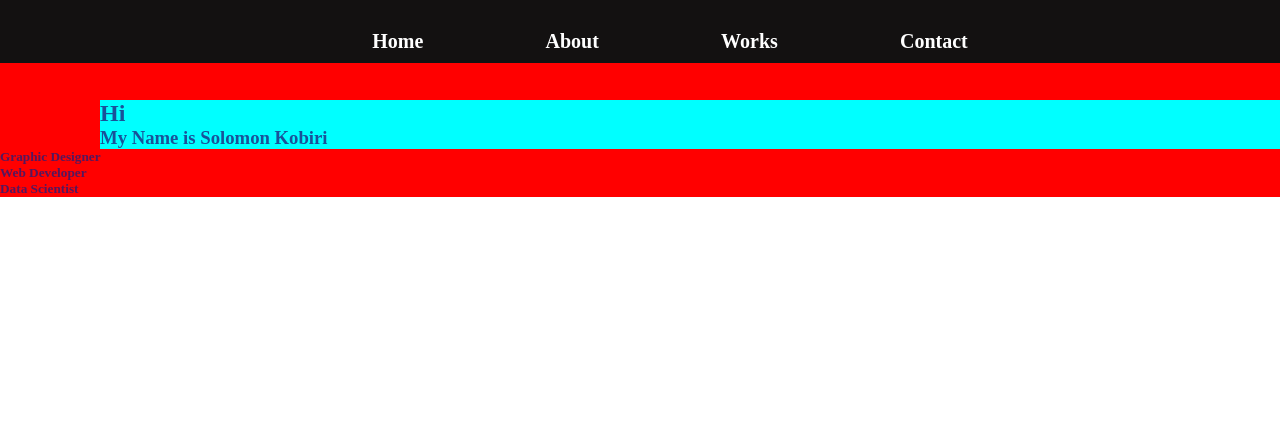
Repository: Kwabena-Kobiri/yellocoders
Page: index.html
An editor plug-in stored every save of this project. The page is shown before and after the next save, followed by the edit.
The browser window is 1280 px wide. The pictures show the whole page.

Above is the page before, as saved 2021-05-05 22:45:53.

### index.html
<!DOCTYPE html>
<html lang="en">
<head>
    <meta charset="UTF-8">
    <meta http-equiv="X-UA-Compatible" content="IE=edge">
    <meta name="viewport" content="width=device-width, initial-scale=1.0">
    <link rel="stylesheet" href="index.css" />
    <title>Y'ello</title>
</head>
<body>
    <!-- HEADER COMPONENT STARTS HERE -->
    <header id="header">
        <nav id="nav">
            <ul>
                <li>Home</li>
                <li>About</li>
                <li>Works</li>
                <li>Contact</li>
            </ul>
        </nav>
    </header>
    <!-- HEADER COMPONENT ENDS HERE -->


    <!-- LANDING PAGE STARTS HERE  -->
    <section id="LandingPage">
        <div class="Details">
            <h1>Hi</h1>
            <h3>My Name is Solomon Kobiri</h3>
        </div>
        <div class="Skills">
            <h5>Graphic Designer</h5>
            <h5>Web Developer</h5>
            <h5>Data Scientist</h5>
        </div>
    </section>
    <!-- LANDING PAGE ENDS HERE -->
</body>
</html>

### index.css
* {
    /* background-color: red; */
    margin: 0px;
}

/* HEADER STYLING STARTS HERE */
#header {
    background-color: rgba(19, 17, 17, 1);
    justify-content: center;
    padding: 10px;
    width: 100%;
    position: fixed;
    z-index: 999;
    color: white;
}

#nav {
    margin: 20px 200px 0px 200px;
    /* background-color: blue; */
}

#nav > ul {
    display: flex;
    flex-direction: row;
    justify-content: space-evenly;
    list-style: none;
}

#nav > ul > li {
    text-decoration: none;
    font-size: 20px;
    font-weight: 550;
}

/* HEADER STYLING ENDS HERE */


/* LANDING PAGE STYLING STARTS HERE */
#LandingPage {
    position: absolute;
    width: 100%;
    z-index: 0;
    color: rgba(32, 30, 122, 0.767);
    background-color: red;
}

.Details {
    margin-top: 100px;
    margin-left: 100px;
    background-color: aqua;
}

/* .Details > h1 {
    margin: 50px 0px 20px 10px;
    font-size: 150px;
    padding: 20px;
} */

/* .Details > h3 {
    margin-left: 10px;
    font-size: 100px;
    padding: 10px;
    justify-content: center;
} */

/* .Skills {
    background-color: red;
    margin: 50px 250px 180px 250px;
    display: flex;
    flex-direction: row;
    justify-content: space-evenly;
    height: 30px;
    padding-top: 7px;
    border-radius: 20px;
} */

/* .Skills > h5 {
    font-size: large;
    font-weight: bolder;
} */

/* LANDING PAGE STYLING ENDS HERE */

After the next save:
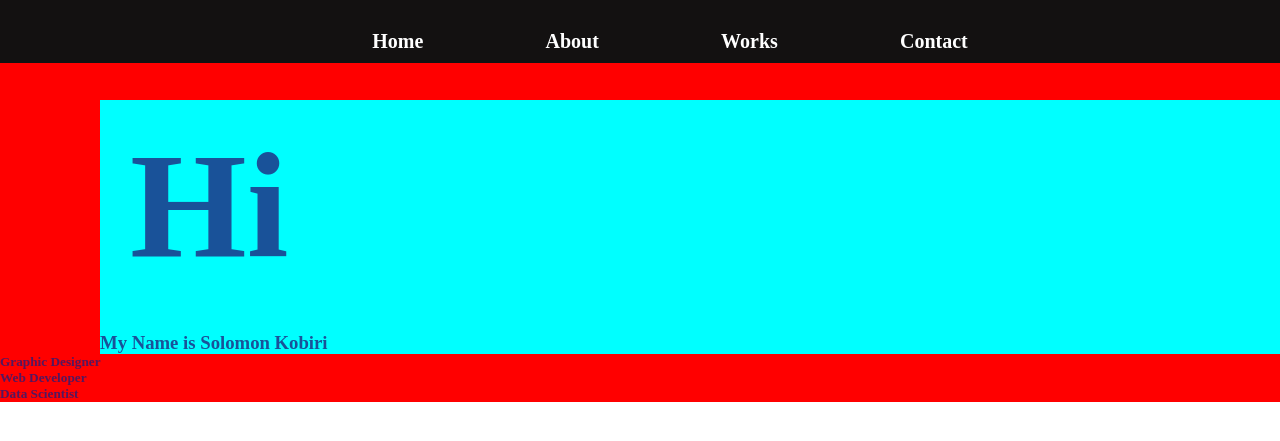
Saved 44 s later.
--- a/index.css
+++ b/index.css
@@ -50,11 +50,11 @@
     background-color: aqua;
 }
 
-/* .Details > h1 {
+.Details > h1 {
     margin: 50px 0px 20px 10px;
     font-size: 150px;
     padding: 20px;
-} */
+}
 
 /* .Details > h3 {
     margin-left: 10px;
